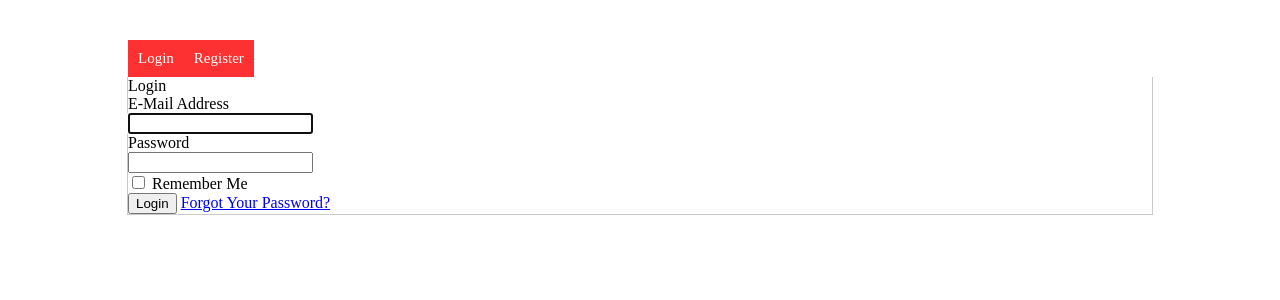
Repository: PatryxB/bikeService
Page: http://localhost/login
These files come from the project's save history. The page is drawn as it stood at one moment and after the next save; the edit follows.
The browser window is 1280 px wide. The pictures show the whole page.
The page is served by the project's Laravel application, run on PHP 8.4 with Laravel 8. Other server files are loaded and not shown. Style sheets and scripts are compiled from the project's sources, by tool versions that may differ from the author's.

Above is the page before, as saved 2020-05-01 14:01:18.

### resources/views/layouts/app.blade.php
<!doctype html>
<html lang="{{ str_replace('_', '-', app()->getLocale()) }}">
<head>
    <meta charset="utf-8">
    <meta name="viewport" content="width=device-width, initial-scale=1">

    <!-- CSRF Token -->
    <meta name="csrf-token" content="{{ csrf_token() }}">

    <title>{{ config('app.name', 'Laravel') }}</title>

    <!-- Scripts -->
    <script src="{{ asset('js/app.js') }}" defer></script>

    <!-- Fonts -->
    <link rel="dns-prefetch" href="//fonts.gstatic.com">
    <link href="https://fonts.googleapis.com/css?family=Nunito" rel="stylesheet">

    <!-- Styles -->
    <link href="{{ asset('css/app.css') }}" rel="stylesheet">
</head>
<body>
    <div id="app">
        <nav>
            @if (Route::has('login'))
                @auth
                    <a href="{{ url('/home') }}">Home</a>
                @else
                    <a href="{{ route('login') }}">Login</a>

                    @if (Route::has('register'))
                        <a href="{{ route('register') }}">Register</a>
                    @endif
                @endauth
            @endif

        </nav>
        <main>
            @yield('content')
        </main>
    </div>
</body>
</html>

### resources/sass/app.scss
html, body{
    box-sizing: border-box;
    margin: 0;
    padding: 0;
}
nav{
    width: 80%;
    margin: 0 auto;
    margin-top: 40px;
    display: flex;
}
nav a{
    color: white;
    font-size: 15px;
    background-color: rgb(253, 49, 49);
    padding: 10px;
    margin: 0;
    text-decoration: none;
}
.container{
    width: 80%;
    margin: 0 auto;
    border: solid 1px rgba(165, 165, 165, .6);
    border-top: none;
}
.banner img{
    width: 100%;
    height: 50vh;
}

Loaded but not shown: routes/web.php (common file); app/Http/Controllers/Auth/LoginController.php (common file); app/Http/Controllers/Controller.php (common file); app/Http/Controllers/Auth/ConfirmPasswordController.php (common file); resources/views/auth/login.blade.php (common file)

After the next save:
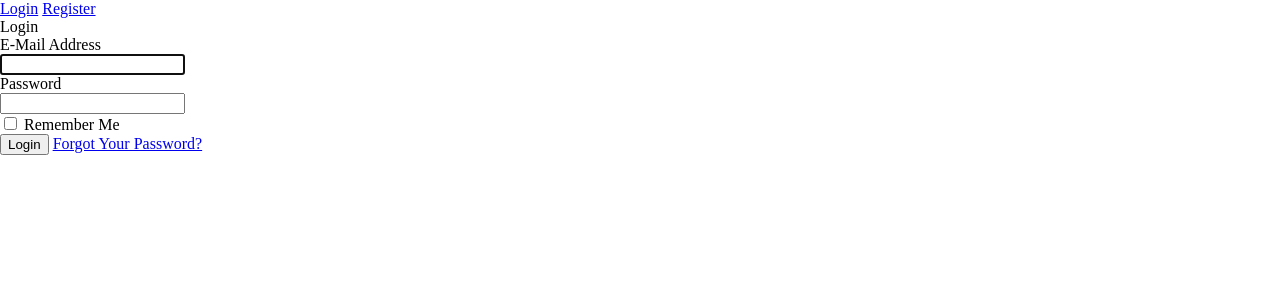
Saved 5 min 57 s later.
--- a/resources/sass/app.scss
+++ b/resources/sass/app.scss
@@ -3,27 +3,7 @@ html, body{
     margin: 0;
     padding: 0;
 }
-nav{
-    width: 80%;
-    margin: 0 auto;
-    margin-top: 40px;
-    display: flex;
-}
-nav a{
-    color: white;
-    font-size: 15px;
-    background-color: rgb(253, 49, 49);
-    padding: 10px;
-    margin: 0;
-    text-decoration: none;
-}
-.container{
-    width: 80%;
-    margin: 0 auto;
-    border: solid 1px rgba(165, 165, 165, .6);
-    border-top: none;
-}
 .banner img{
     width: 100%;
-    height: 50vh;
+    height: 90vh;
 }
